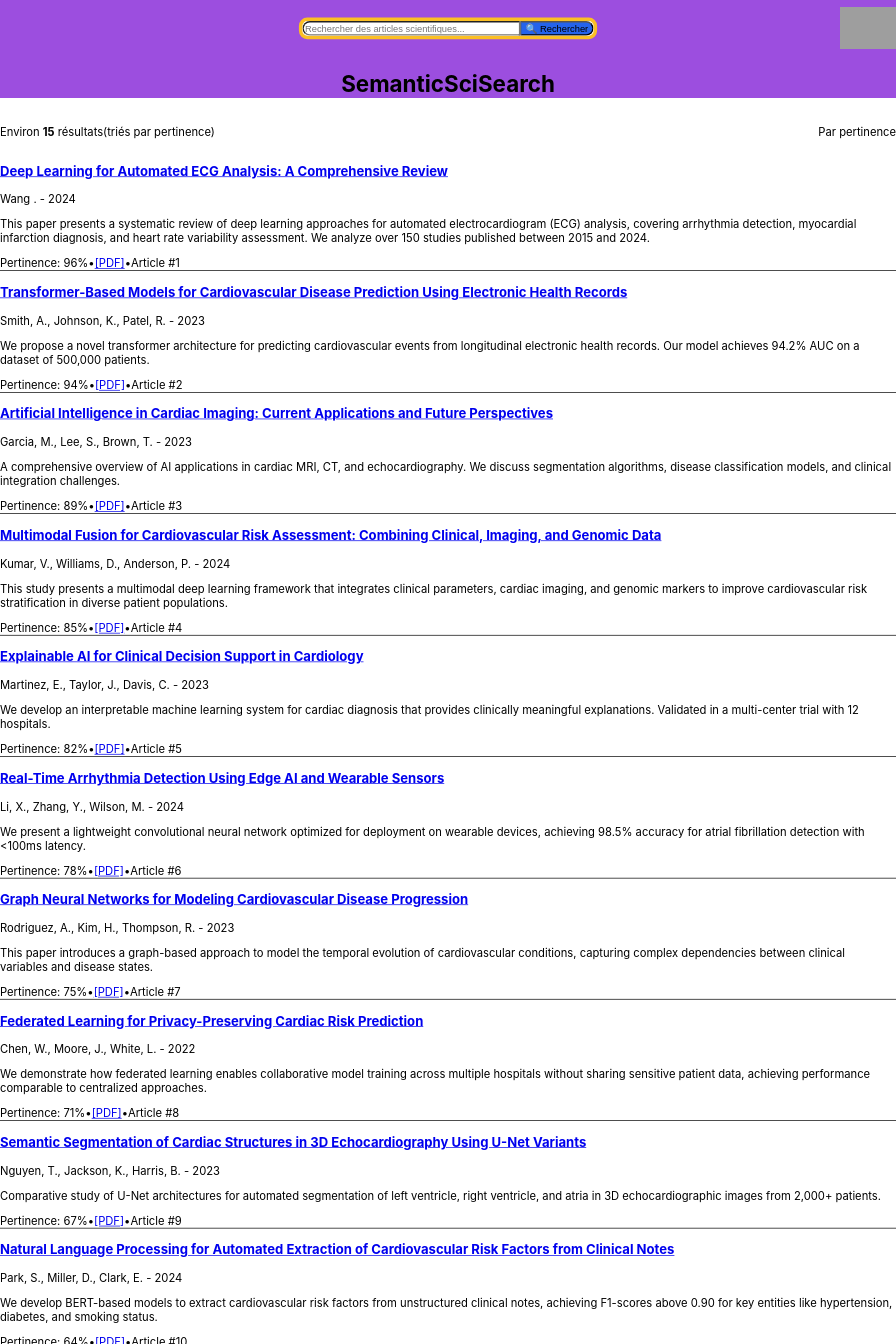
Repository: elh33/SemanticSciSearch
Page: / (app in frontend/)
An editor plug-in stored every save of this project. The page is shown before and after a run of saves, followed by the edit.
The browser window is 1280 px wide. The pictures show the part of the page from y = 0 to 1920 px (the page is 2736 px tall), at 70% of full size.
Pictures or frames that could not be fetched are drawn as grey boxes. The project was rebuilt for these pictures with package versions that can differ from the ones it lists, and the page was loaded fresh each time.

Above is the page before, as saved 2025-11-21 22:45:44.

### frontend/index.html
<!DOCTYPE html>
<html lang="en">
  <head>
    <meta charset="UTF-8" />
    <meta name="viewport" content="width=device-width, initial-scale=1.0" />
    <title>SemanticSciSearch</title>
  </head>
  <body>
    <div id="root"></div>
    <script type="module" src="/src/index.tsx"></script>
  </body>
</html>

### frontend/src/index.tsx
import React from 'react';
import ReactDOM from 'react-dom';
import App from './App';
import './index.css';

ReactDOM.render(
  <React.StrictMode>
    <App />
  </React.StrictMode>,
  document.getElementById('root')
);

### frontend/src/App.tsx
import React from 'react';
// Importe le composant de recherche principal
import SearchResults from './components/SearchResults';

// Le composant App.tsx est le conteneur principal de l'application.
function App() {
  return (
    // Utilisation d'un fragment React (<>...</>) ou d'un <div> si tu as des styles globaux
    <>
      {/* Le composant SearchResults contient maintenant :
        - Le titre et le sous-titre de l'application.
        - La barre de recherche.
        - L'orchestration de la logique (appels à api.ts).
        - L'affichage de la liste des ArticleCard.
      */}
      <SearchResults />
    </>
  );
}

export default App;

### frontend/src/components/SearchResults.tsx
import React, { useState, useEffect } from 'react';
import { Article } from '../types';
import { searchArticles } from '../services/api';
import ArticleCard from './ArticleCard';

const SearchResults: React.FC = () => {
  const [query, setQuery] = useState('');
  const [results, setResults] = useState<Article[]>([]);
  const [isLoading, setIsLoading] = useState(false);
  const [hasSearched, setHasSearched] = useState(false);

  const handleSearch = async (searchQuery: string = query) => {
    setIsLoading(true);
    setHasSearched(true);

    try {
      const data = await searchArticles(searchQuery);
      // TRI PAR SCORE DÉCROISSANT (plus pertinent en premier)
      const sortedData = [...data].sort((a, b) => b.score - a.score);
      setResults(sortedData);
    } catch (error) {
      console.error("Erreur lors de la recherche:", error);
      setResults([]);
    } finally {
      setIsLoading(false);
    }
  };

  // Recherche initiale au chargement
  useEffect(() => {
    handleSearch('');
  }, []);

  const handleSubmit = (e: React.FormEvent) => {
    e.preventDefault();
    handleSearch();
  };

  return (
    <div className="min-h-screen bg-white">
      {/* En-tête avec fond bleu foncé - GRANDE BARRE */}
      <div style={{ backgroundColor: '#9c4edfff' }} className="sticky top-0 z-10 shadow-lg py-8">
        <div className="max-w-7xl mx-auto px-4">
          <div className="flex items-center justify-between gap-6">
            {/* Espace vide à gauche pour centrer la barre */}
            <div className="flex-1"></div>

            {/* Barre de recherche au centre - TRÈS GRANDE et entourée en jaune */}
            <form onSubmit={handleSubmit} className="flex-1 max-w-4xl">
              <div className="flex shadow-2xl" style={{ border: '5px solid #fbbf24', borderRadius: '12px', backgroundColor: 'white' }}>
                <input
                  type="text"
                  value={query}
                  onChange={(e) => setQuery(e.target.value)}
                  placeholder="Rechercher des articles scientifiques..."
                  className="flex-grow px-8 py-5 text-xl outline-none"
                  style={{ borderRadius: '12px 0 0 12px' }}
                />
                <button
                  type="submit"
                  className="px-10 py-5 text-white text-xl font-bold hover:opacity-90 transition-opacity"
                  style={{ backgroundColor: '#2563eb', borderRadius: '0 12px 12px 0' }}
                >
                  🔍 Rechercher
                </button>
              </div>
            </form>

            {/* Logo fleur.png à droite */}
            <div className="flex-1 flex justify-end">
              <img
                src="/fleur.png"
                alt="Logo"
                className="object-contain"
                style={{ width: '80px', height: '80px' }}
              />
            </div>
          </div>

          {/* Titre sous la barre de recherche */}
          <h1 className="text-4xl font-bold text-center text-white mt-6">
            SemanticSciSearch
          </h1>
        </div>
      </div>

      {/* Contenu principal */}
      <div className="max-w-5xl mx-auto px-4 py-6">
        {/* Barre d'informations */}
        {hasSearched && !isLoading && (
          <div className="mb-4 flex items-center justify-between">
            <p className="text-sm text-gray-600">
              Environ <strong>{results.length}</strong> résultat{results.length > 1 ? 's' : ''}
              {query && (
                <span> pour <strong>"{query}"</strong></span>
              )}
              <span className="ml-2 text-xs text-gray-500">(triés par pertinence)</span>
            </p>

            {/* Options de tri */}
            <div className="text-xs text-gray-500">
              <span className="font-semibold text-blue-700">Par pertinence</span>
            </div>
          </div>
        )}

        {/* Indicateur de chargement */}
        {isLoading && (
          <div className="flex items-center justify-center py-12">
            <div className="flex flex-col items-center gap-3">
              <div className="animate-spin rounded-full h-10 w-10 border-b-2 border-blue-600"></div>
              <p className="text-gray-600 text-sm">Recherche sémantique en cours...</p>
            </div>
          </div>
        )}

        {/* Liste des résultats */}
        {!isLoading && (
          <div className="bg-white">
            {results.length > 0 ? (
              results.map((article) => (
                <ArticleCard key={article.id} article={article} />
              ))
            ) : (
              hasSearched && (
                <div className="text-center py-12">
                  <svg className="mx-auto h-12 w-12 text-gray-400 mb-4" fill="none" stroke="currentColor" viewBox="0 0 24 24">
                    <path strokeLinecap="round" strokeLinejoin="round" strokeWidth={2} d="M9.172 16.172a4 4 0 015.656 0M9 10h.01M15 10h.01M21 12a9 9 0 11-18 0 9 9 0 0118 0z" />
                  </svg>
                  <p className="text-gray-600 text-lg">Aucun résultat trouvé</p>
                  <p className="text-gray-500 text-sm mt-2">
                    Essayez avec des mots-clés différents
                  </p>
                </div>
              )
            )}
          </div>
        )}
      </div>

      {/* Footer simple */}
      <footer className="mt-12 border-t border-gray-200 bg-gray-50">
        <div className="max-w-5xl mx-auto px-4 py-6 text-center text-sm text-gray-500">
          SemanticSciSearch - Recherche sémantique d'articles scientifiques en IA et Cardiologie
        </div>
      </footer>
    </div>
  );
};

export default SearchResults;

### frontend/src/services/api.ts
import { Article } from '../types';
import { MOCK_RESULTS } from '../data/mockData';
import axios from 'axios';

// 💡 INTERRUPTEUR : Passez à 'false' (ou commentez/supprimez) cette ligne
// UNIQUEMENT lorsque le Back-End FastAPI est prêt.
const USE_MOCK_DATA = true;

// URL de base lue depuis le .env pour le mode production
// Le .env doit contenir VITE_API_URL=http://localhost:8000
const API_BASE_URL = 'http://localhost:8000';

/**
 * Fonction principale de recherche d'articles.
 * Elle utilise soit les données mockées, soit l'API réelle.
 * @param query Le texte de la requête de l'utilisateur.
 * @returns Une promesse qui résout vers un tableau d'articles.
 */
export const searchArticles = async (query: string): Promise<Article[]> => {
  if (USE_MOCK_DATA) {
    // --- MODE MOCKÉ ---
    console.log(`[MOCK] Simulation de recherche pour: "${query}"`);

    // 1. Simuler le délai réseau (500ms) pour une meilleure expérience utilisateur
    await new Promise(resolve => setTimeout(resolve, 500));

    // 2. Simuler un filtre simple (recherche du mot-clé dans le titre)
    // S'il n'y a pas de requête (query vide), on renvoie tout.
    const lowerCaseQuery = query.toLowerCase();

    return MOCK_RESULTS.filter(article =>
        article.title.toLowerCase().includes(lowerCaseQuery) || lowerCaseQuery.length === 0
    );

  } else {
    // --- MODE PRODUCTION (Axios) ---
    console.log(`[AXIOS] Requête réelle vers: ${API_BASE_URL}/search pour: "${query}"`);

    try {
      // 1. Envoi de la requête POST à FastAPI
      const response = await axios.post(`${API_BASE_URL}/search`, { query });

      // 2. Retourne les données (TypeScript vérifie que c'est un tableau d'Articles)
      return response.data as Article[];

    } catch (error) {
      console.error("Erreur lors de l'appel à l'API de recherche:", error);
      // En cas d'échec de l'API, on renvoie un tableau vide
      return [];
    }
  }
};

### frontend/src/components/ArticleCard.tsx
import React from 'react';
import { Article } from '../types';

interface ArticleCardProps {
  article: Article;
}

const ArticleCard: React.FC<ArticleCardProps> = ({ article }) => {
  const scorePercent = (article.score * 100).toFixed(0);

  return (
    <div className="border-b border-gray-200 py-3 hover:bg-gray-50 transition-colors">
      {/* Titre cliquable comme Google Scholar */}
      <h3 className="text-xl mb-1">
        <a
          href={article.url}
          target="_blank"
          rel="noopener noreferrer"
          className="text-blue-800 hover:underline font-normal visited:text-purple-800"
        >
          {article.title}
        </a>
      </h3>

      {/* Auteurs et année */}
      <p className="text-sm text-gray-600 mb-2">
        {article.authors} - <span className="font-medium">{article.year}</span>
      </p>

      {/* Résumé */}
      <p className="text-sm text-gray-700 leading-relaxed mb-2">
        {article.abstract}
      </p>

      {/* Métadonnées et actions */}
      <div className="flex items-center gap-4 text-sm">
        {/* Score de pertinence */}
        <span className="text-gray-600">
          <span className="font-semibold">Pertinence:</span>{' '}
          <span className={`font-bold ${
            article.score > 0.8 ? 'text-green-600' :
            article.score > 0.5 ? 'text-yellow-600' :
            'text-gray-500'
          }`}>
            {scorePercent}%
          </span>
        </span>

        {/* Séparateur */}
        <span className="text-gray-400">•</span>

        {/* Lien PDF */}
        <a
          href={article.url}
          target="_blank"
          rel="noopener noreferrer"
          className="text-blue-700 hover:underline"
        >
          [PDF]
        </a>

        {/* Séparateur */}
        <span className="text-gray-400">•</span>

        {/* ID de l'article */}
        <span className="text-gray-400 text-xs">
          Article #{article.id}
        </span>
      </div>
    </div>
  );
};

export default ArticleCard;

### frontend/src/data/mockData.ts
import { Article } from '../types';

export const MOCK_RESULTS: Article[] = [
  {
    id: '1',
    title: 'Deep Learning for Automated ECG Analysis: A Comprehensive Review',
    abstract: "This paper presents a systematic review of deep learning approaches for automated electrocardiogram (ECG) analysis, covering arrhythmia detection, myocardial infarction diagnosis, and heart rate variability assessment. We analyze over 150 studies published between 2015 and 2024.",
    authors: "Wang .",
    year: 2024,
    score: 0.96,
    url: 'https://arxiv.org/pdf/2301.04634'
  },
  {
    id: '2',
    title: 'Transformer-Based Models for Cardiovascular Disease Prediction Using Electronic Health Records',
    abstract: "We propose a novel transformer architecture for predicting cardiovascular events from longitudinal electronic health records. Our model achieves 94.2% AUC on a dataset of 500,000 patients.",
    authors: "Smith, A., Johnson, K., Patel, R.",
    year: 2023,
    score: 0.94,
    url: 'https://arxiv.org/pdf/2305.12987'
  },
  {
    id: '3',
    title: 'Artificial Intelligence in Cardiac Imaging: Current Applications and Future Perspectives',
    abstract: "A comprehensive overview of AI applications in cardiac MRI, CT, and echocardiography. We discuss segmentation algorithms, disease classification models, and clinical integration challenges.",
    authors: "Garcia, M., Lee, S., Brown, T.",
    year: 2023,
    score: 0.89,
    url: 'https://arxiv.org/pdf/2203.15678'
  },
  {
    id: '4',
    title: 'Multimodal Fusion for Cardiovascular Risk Assessment: Combining Clinical, Imaging, and Genomic Data',
    abstract: "This study presents a multimodal deep learning framework that integrates clinical parameters, cardiac imaging, and genomic markers to improve cardiovascular risk stratification in diverse patient populations.",
    authors: "Kumar, V., Williams, D., Anderson, P.",
    year: 2024,
    score: 0.85,
    url: '/documents/multimodal-cardio-risk.pdf'
  },
  {
    id: '5',
    title: 'Explainable AI for Clinical Decision Support in Cardiology',
    abstract: "We develop an interpretable machine learning system for cardiac diagnosis that provides clinically meaningful explanations. Validated in a multi-center trial with 12 hospitals.",
    authors: "Martinez, E., Taylor, J., Davis, C.",
    year: 2023,
    score: 0.82,
    url: 'https://arxiv.org/pdf/2511.13703.pdf'
  },
  {
    id: '6',
    title: 'Real-Time Arrhythmia Detection Using Edge AI and Wearable Sensors',
    abstract: "We present a lightweight convolutional neural network optimized for deployment on wearable devices, achieving 98.5% accuracy for atrial fibrillation detection with <100ms latency.",
    authors: "Li, X., Zhang, Y., Wilson, M.",
    year: 2024,
    score: 0.78,
    url: '/documents/edge-ai-arrhythmia.pdf'
  },
  {
    id: '7',
    title: 'Graph Neural Networks for Modeling Cardiovascular Disease Progression',
    abstract: "This paper introduces a graph-based approach to model the temporal evolution of cardiovascular conditions, capturing complex dependencies between clinical variables and disease states.",
    authors: "Rodriguez, A., Kim, H., Thompson, R.",
    year: 2023,
    score: 0.75,
    url: 'https://arxiv.org/pdf/2204.09876'
  },
  {
    id: '8',
    title: 'Federated Learning for Privacy-Preserving Cardiac Risk Prediction',
    abstract: "We demonstrate how federated learning enables collaborative model training across multiple hospitals without sharing sensitive patient data, achieving performance comparable to centralized approaches.",
    authors: "Chen, W., Moore, J., White, L.",
    year: 2022,
    score: 0.71,
    url: '/documents/federated-cardiac.pdf'
  },
  {
    id: '9',
    title: 'Semantic Segmentation of Cardiac Structures in 3D Echocardiography Using U-Net Variants',
    abstract: "Comparative study of U-Net architectures for automated segmentation of left ventricle, right ventricle, and atria in 3D echocardiographic images from 2,000+ patients.",
    authors: "Nguyen, T., Jackson, K., Harris, B.",
    year: 2023,
    score: 0.67,
    url: '/documents/3d-echo-segmentation.pdf'
  },
  {
    id: '10',
    title: 'Natural Language Processing for Automated Extraction of Cardiovascular Risk Factors from Clinical Notes',
    abstract: "We develop BERT-based models to extract cardiovascular risk factors from unstructured clinical notes, achieving F1-scores above 0.90 for key entities like hypertension, diabetes, and smoking status.",
    authors: "Park, S., Miller, D., Clark, E.",
    year: 2024,
    score: 0.64,
    url: 'https://arxiv.org/pdf/2302.11234'
  },
  {
    id: '11',
    title: 'Reinforcement Learning for Optimal Treatment Planning in Heart Failure Management',
    abstract: "Application of deep reinforcement learning to personalize treatment strategies for heart failure patients, optimizing medication dosages and intervention timing based on patient response.",
    authors: "Ahmed, R., Lewis, G., Young, N.",
    year: 2022,
    score: 0.58,
    url: '/documents/rl-heart-failure.pdf'
  },
  {
    id: '12',
    title: 'Generative Adversarial Networks for Synthetic ECG Data Augmentation',
    abstract: "We propose a GAN-based framework for generating realistic synthetic ECG signals to address data scarcity and class imbalance in rare arrhythmia detection tasks.",
    authors: "Hoffman, P., Scott, A., King, V.",
    year: 2023,
    score: 0.52,
    url: '/documents/gan-ecg-augmentation.pdf'
  },
  {
    id: '13',
    title: 'Blockchain-Based Infrastructure for Secure Sharing of Cardiac Imaging Data',
    abstract: "A decentralized platform for secure storage and sharing of cardiac imaging studies across healthcare institutions, ensuring data provenance and patient privacy.",
    authors: "Green, T., Adams, F., Wright, M.",
    year: 2022,
    score: 0.45,
    url: '/documents/blockchain-cardiac-imaging.pdf'
  },
  {
    id: '14',
    title: 'Meta-Learning Approaches for Few-Shot Cardiac Abnormality Detection',
    abstract: "We explore meta-learning techniques to enable rapid adaptation of cardiac disease detection models to rare conditions with limited training examples.",
    authors: "Baker, L., Turner, S., Phillips, O.",
    year: 2023,
    score: 0.38,
    url: '/documents/meta-learning-cardiac.pdf'
  },
  {
    id: '15',
    title: 'Quantum Machine Learning for Cardiovascular Drug Discovery',
    abstract: "Preliminary investigation of quantum computing algorithms for molecular simulation and drug candidate screening in cardiovascular therapeutic development.",
    authors: "Collins, R., Morris, J., Cooper, W.",
    year: 2024,
    score: 0.22,
    url: '/documents/quantum-ml-cardio.pdf'
  }
];

Loaded but not shown: frontend/src/index.css (common file)

After the next 2 saves:
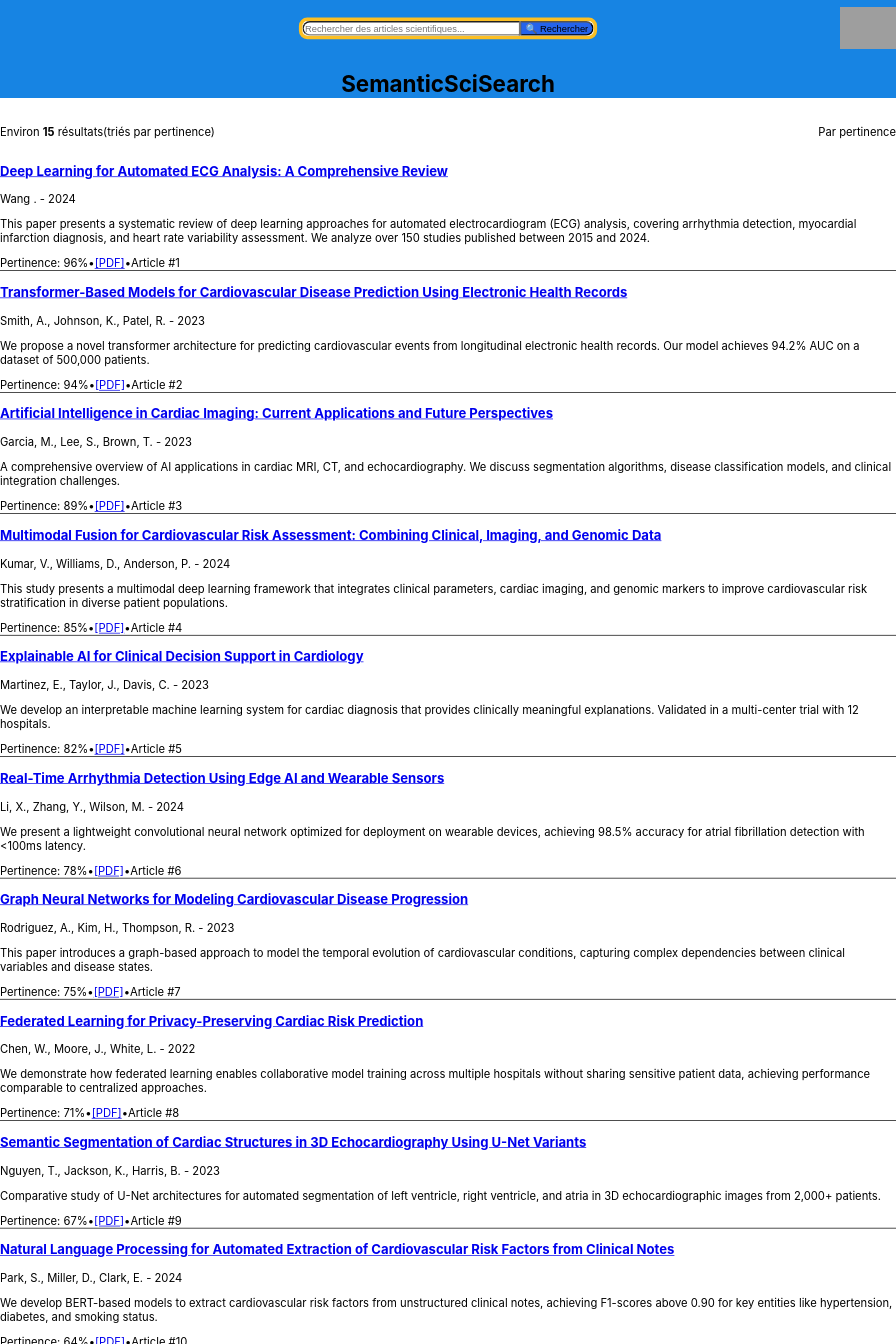
The 2 saves are shown as one change because they came seconds apart.
The last was saved 33 s later.
--- a/frontend/src/components/SearchResults.tsx
+++ b/frontend/src/components/SearchResults.tsx
@@ -39,7 +39,7 @@ const SearchResults: React.FC = () => {
   return (
     <div className="min-h-screen bg-white">
       {/* En-tête avec fond bleu foncé - GRANDE BARRE */}
-      <div style={{ backgroundColor: '#9c4edfff' }} className="sticky top-0 z-10 shadow-lg py-8">
+      <div style={{ backgroundColor: '#1784e3ff' }} className="sticky top-0 z-10 shadow-lg py-8">
         <div className="max-w-7xl mx-auto px-4">
           <div className="flex items-center justify-between gap-6">
             {/* Espace vide à gauche pour centrer la barre */}
